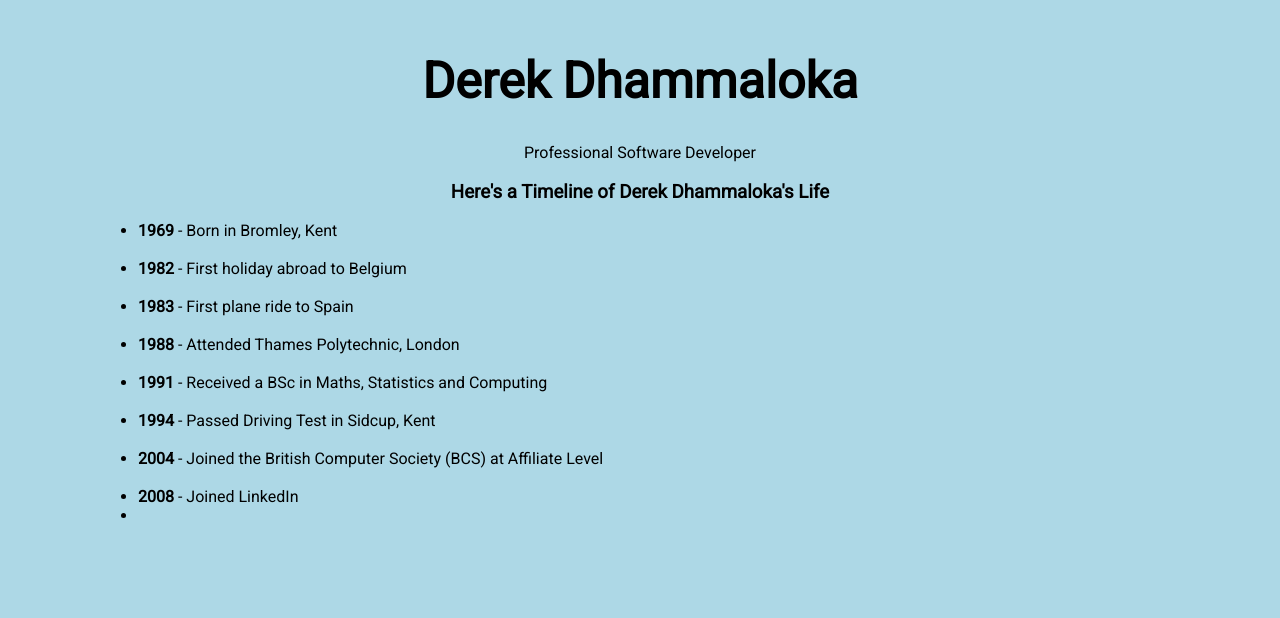
Repository: derektypist/tribute-page
Page: index.html
The author's editor kept a record of every edit. The page is drawn from the files as they stood at one moment, then again after the next edit.
The browser window is 1280 px wide. The pictures show the whole page.

Above is the page before.

### index.html
<!DOCTYPE html>
<html lang="en">

<head>
    <meta charset="UTF-8">
    <meta name="viewport" content="width=device-width, initial-scale=1.0">
    <meta http-equiv="X-UA-Compatible" content="ie=edge">
    <title>Derek Dhammaloka Tribute Page</title>
    <!-- Load Style Sheets -->
    <link href="https://fonts.googleapis.com/css?family=Roboto&display=swap" rel="stylesheet">
    <style>
        /* Background Style */

        #main {
            font-family: "Roboto", Arial, Verdana, sans-serif;
            background-color: lightblue;
            padding: 10px;
            text-align: center;
        }



        /* Title */

        #title {
            font-weight: 900;
            font-size: 50px;
            text-align: center;
        }


        /* Tribute Info */

        #tribute-info {
            font-family: "Roboto", Arial, Verdana, sans-serif;
            text-align: left;
            margin-left: 80px;

        }

        /* Images */

        #img-div {}

        #image {}
    </style>
</head>

<body id="main">
    <!-- Set Header Element -->
    <header>
        <h1 id="title">Derek Dhammaloka</h1>
        <p>Professional Software Developer</p>
    </header>

    <!-- Set Main Element -->
    <main>
        <section>
            <div id="img-div">

            </div>
            <h3>Here's a Timeline of Derek Dhammaloka's Life</h3>
            <!-- Display Tribute Information -->
            <ul id="tribute-info">
                <li><strong>1969 </strong>- Born in Bromley, Kent</li>
                <br>
                <li><strong>1982 </strong>- First holiday abroad to Belgium</li>
                <br>
                <li><strong>1983 </strong>- First plane ride to Spain</li>
                <br>
                <li><strong>1988 </strong>- Attended Thames Polytechnic, London</li>
                <br>
                <li><strong>1991 </strong>- Received a BSc in Maths, Statistics and Computing</li>
                <br>
                <li><strong>1994 </strong>- Passed Driving Test in Sidcup, Kent</li>
                <br>
                <li><strong>2004 </strong>- Joined the British Computer Society (BCS) at Affiliate Level</li>
                <br>
                <li><strong>2008 </strong>- Joined LinkedIn</li>
                <li></li>
                <br>
            </ul>
        </section>
    </main>
</body>

</html>

After the next edit:
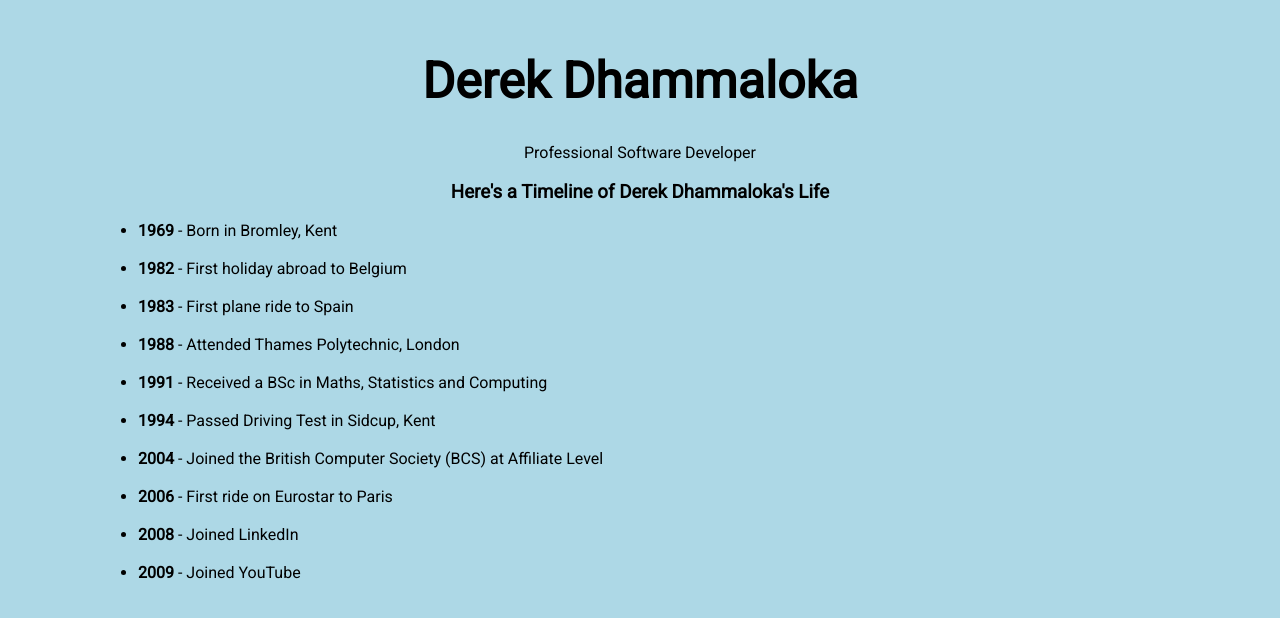
The edit:
--- a/index.html
+++ b/index.html
@@ -76,8 +76,11 @@
                 <br>
                 <li><strong>2004 </strong>- Joined the British Computer Society (BCS) at Affiliate Level</li>
                 <br>
+                <li><strong>2006 </strong>- First ride on Eurostar to Paris</li>
+                <br>
                 <li><strong>2008 </strong>- Joined LinkedIn</li>
-                <li></li>
+                <br>
+                <li><strong>2009 </strong>- Joined YouTube</li>
                 <br>
             </ul>
         </section>
